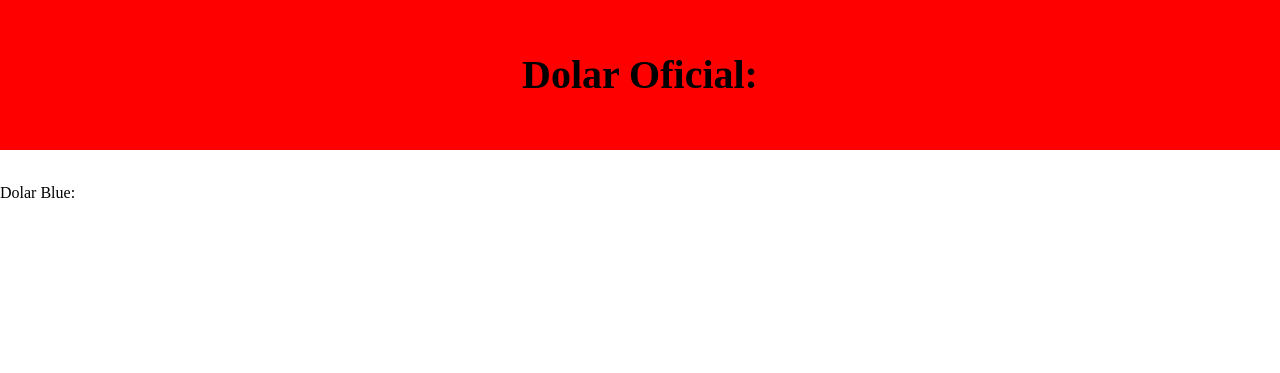
Repository: matias4633/Bill-Metal
Page: BillMetal/widget/BillMetal/index.html
An editor plug-in stored every save of this project. The page is shown before and after the next save, followed by the edit.
The browser window is 1280 px wide. The pictures show the whole page.
The page's requests for data from a server got no answer.

Above is the page before, as saved 2022-07-15 02:06:42.
Console error (its wording comes from the project's code and is left out).

After the next save:
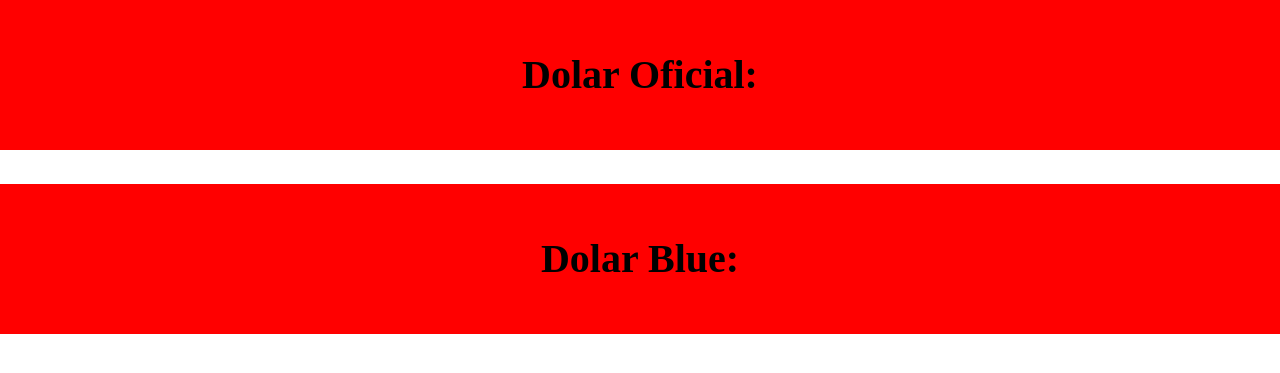
Saved 98 s later.
--- a/BillMetal/widget/BillMetal/css/style.css
+++ b/BillMetal/widget/BillMetal/css/style.css
@@ -1,41 +1,49 @@
 html,
 body {
-  width: 100%;
-  height: 100%;
-  margin: 0;
-  padding: 0;
+    width: 100%;
+    height: 100%;
+    margin: 0;
+    padding: 0;
 }
-
 p {
-	color:black;
+    color: black;
 }
-
 #page {
-  background-color: white;
-  color: #fff;
-  height: 100%;
-  position: relative;
-  width: 100%;
+    background-color: white;
+    color: #fff;
+    height: 100%;
+    position: relative;
+    width: 100%;
 }
-
 #container {
-  width: 100%;
-  height: 100%;
+    width: 100%;
+    height: 100%;
 }
-
 #texto-oficial {
-  font-weight: bold;
-  font-size: 40px;
-
-  line-height: 150px;
-  margin: 0;
-  text-align: center;
-  background:red
+    font-weight: bold;
+    font-size: 40px;
+    line-height: 150px;
+    margin: 0;
+    text-align: center;
+    background: red
 }
-
 #oficial {
-	background: blue;
-	font-weight: bold;
-	font-size: 40px;
-	text-align: center;
+    background: blue;
+    font-weight: bold;
+    font-size: 40px;
+    text-align: center;
 }
+#texto-blue {
+    font-weight: bold;
+    font-size: 40px;
+    line-height: 150px;
+    margin: 0;
+    text-align: center;
+    background: red
+}
+#blue {
+    background: blue;
+    font-weight: bold;
+    font-size: 40px;
+    text-align: center;
+}
